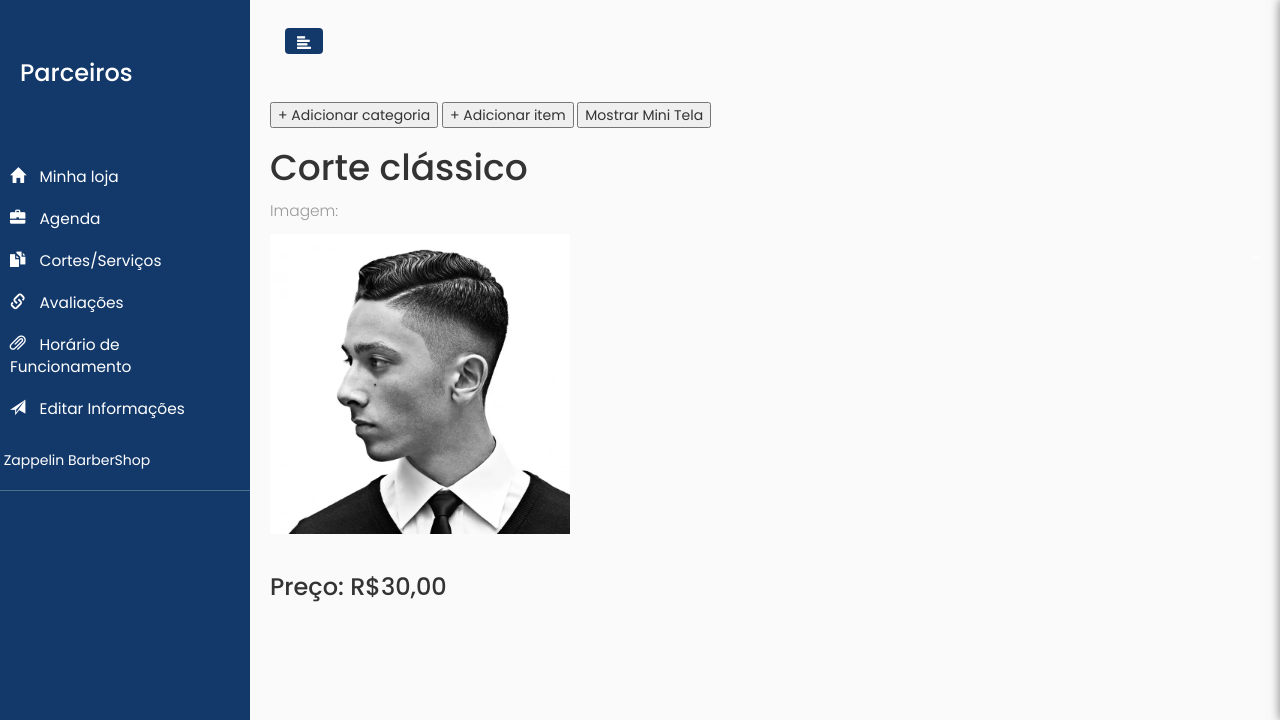
Repository: aquilesascar/barberconnect
Page: http://localhost/corteclassico.php
The author's editor kept a copy of each file at every save. The page is drawn from the files as they stood at one save, then again after the next save.
The browser window is 1280 px wide. The pictures show the whole page.
The page is run by PHP 8.4 with error messages shown; the project is at /var/www/html/.

Above is the page before, as saved 2023-10-09 14:33:59.

After the next save:
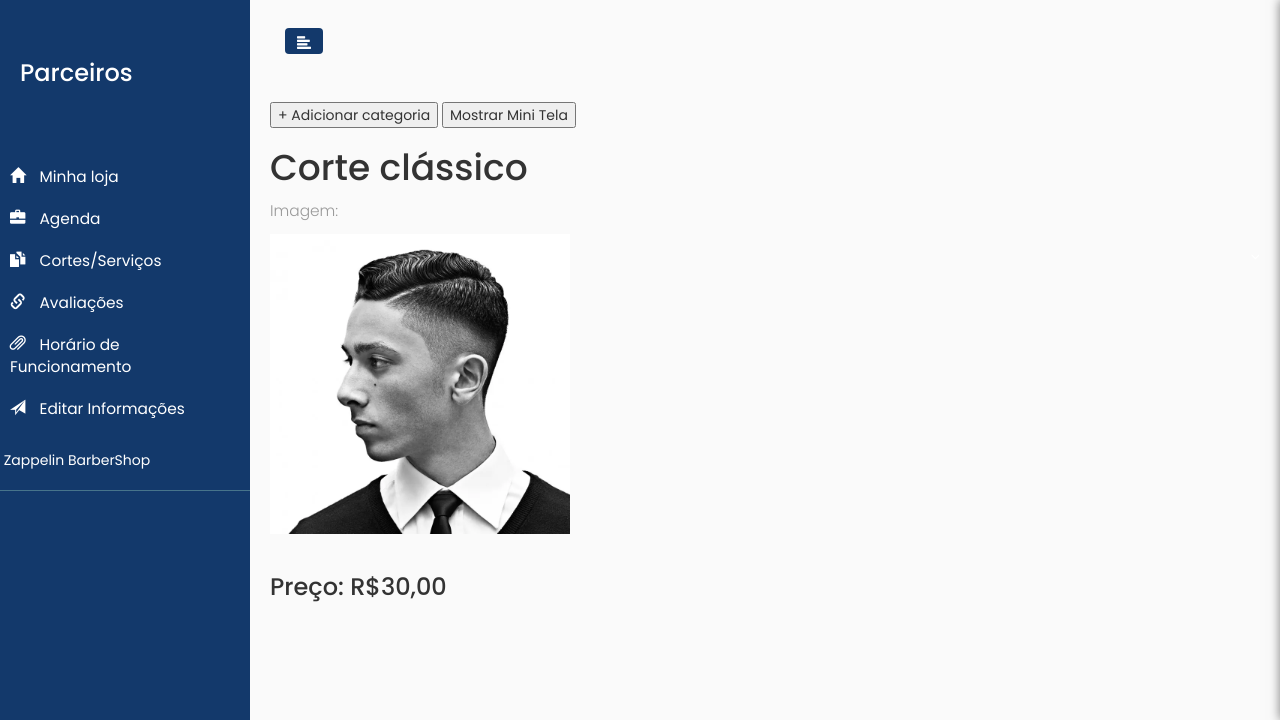
Saved 99 s later.
--- a/corteclassico.php
+++ b/corteclassico.php
@@ -41,7 +41,7 @@
             </nav>
             <br><br>
             <button class="categoria">+ Adicionar categoria</button>
-            <button class="item">+ Adicionar item</button>
+
 
 
 
